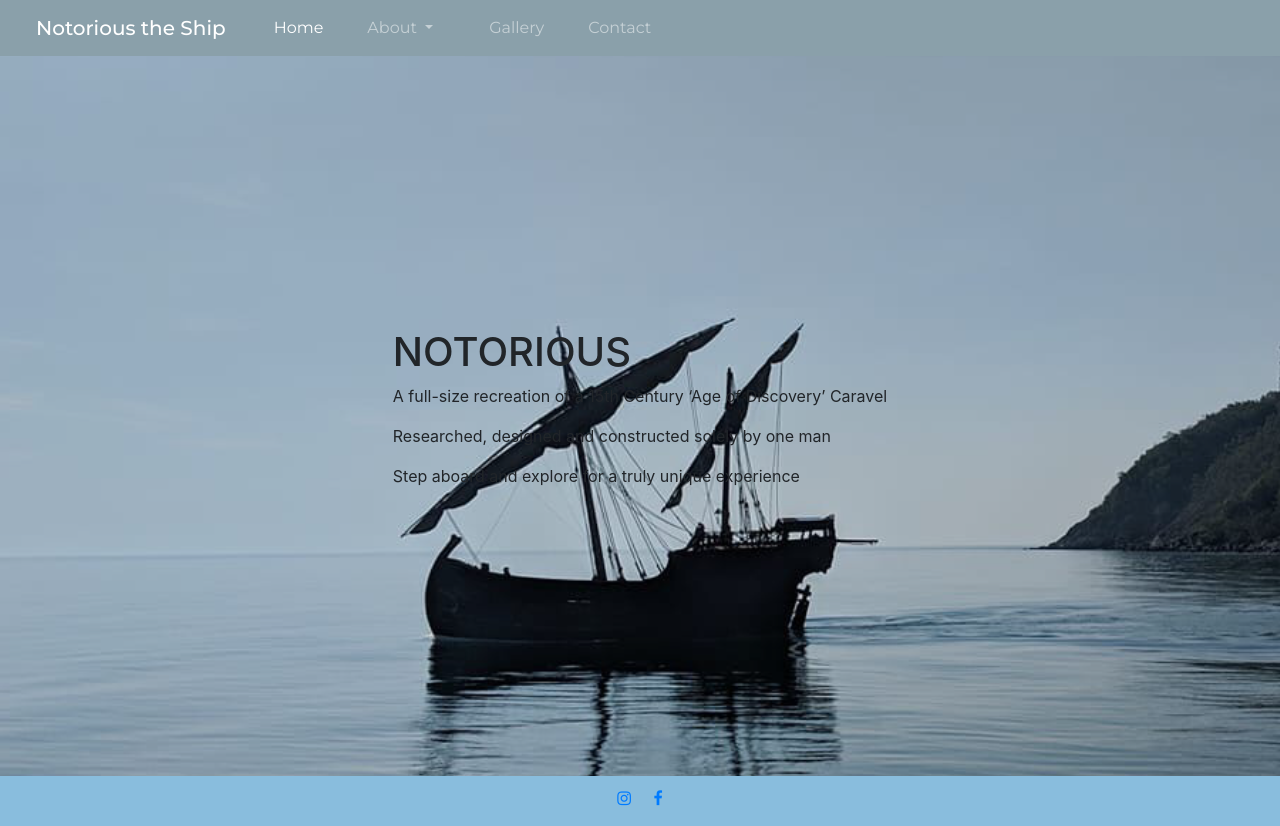
Repository: TSRose/NotorioustheShip
Page: index.html
The author's editor kept a record of every edit. The page is drawn from the files as they stood at one moment, then again after the next edit.
The browser window is 1280 px wide. The pictures show the whole page.
Backgrounds fixed to the window are drawn as part of the page.

Above is the page before.

After the next edit:
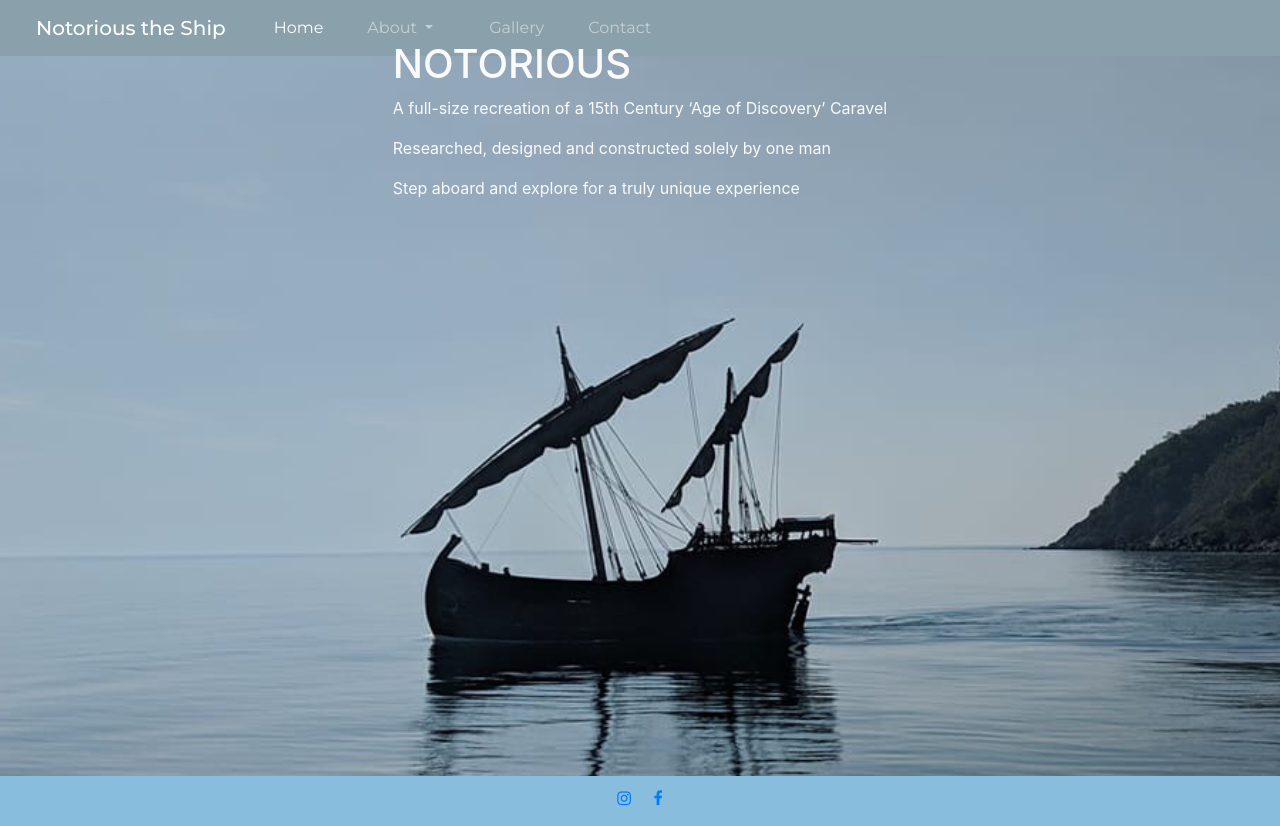
The edit:
--- a/index.html
+++ b/index.html
@@ -40,7 +40,7 @@
         <section class="landing">
             <div class="row">
                 <div class="col-12">
-                    <div class="jumbotron-landing">
+                    <div class="jumbotron-landing jumbotron">
                         <h1 class="text-uppercase jumbotron-heading">notorious</h1>
                         <p class="landing-subheading">A full-size recreation of a 15th Century ‘Age of Discovery’ Caravel</p>
                         <p class="landing-subheading">Researched, designed and constructed solely by one man </p>
